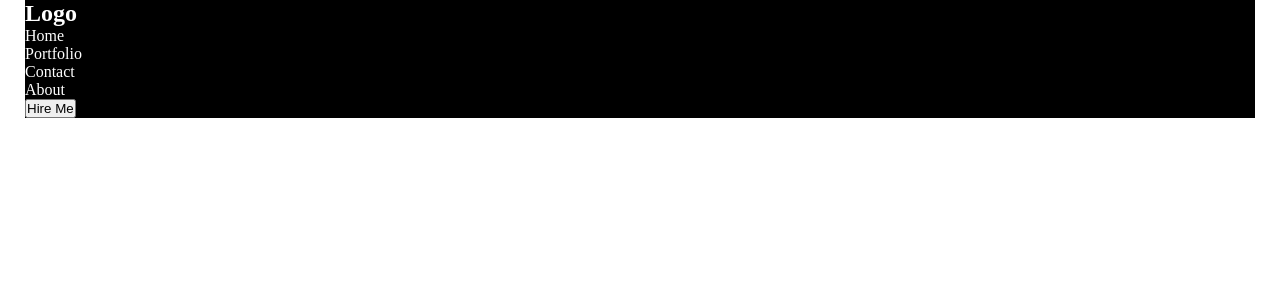
Repository: DevAntonioRogers/vanilla-responsive-navbar
Page: index.html
An editor plug-in stored every save of this project. The page is shown before and after the next save, followed by the edit.
The browser window is 1280 px wide. The pictures show the whole page.

Above is the page before, as saved 2023-06-04 21:04:20.
Console error: TypeError: Cannot read properties of null (reading 'addEventListener')

After the next save:
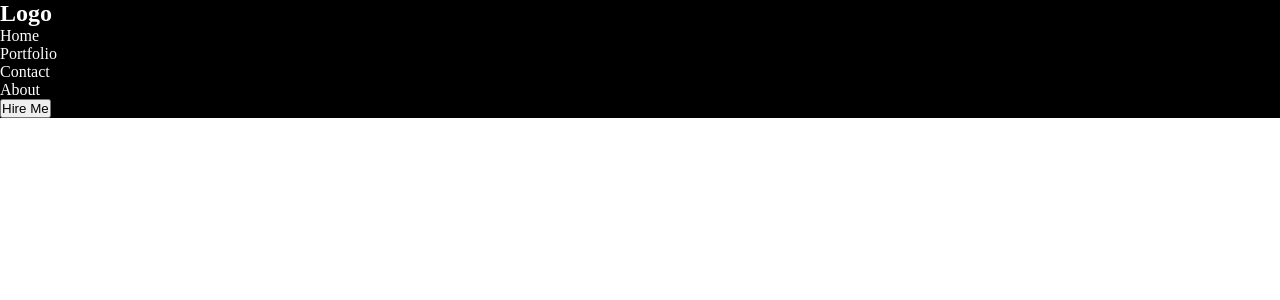
Saved 2 min 32 s later.
--- a/style.css
+++ b/style.css
@@ -6,10 +6,10 @@
 
 nav {
   background-color: black;
-  margin: 0 25px;
 }
 
 .nav-container {
   background-color: inherit;
+  width: 85%;
   color: white;
 }
